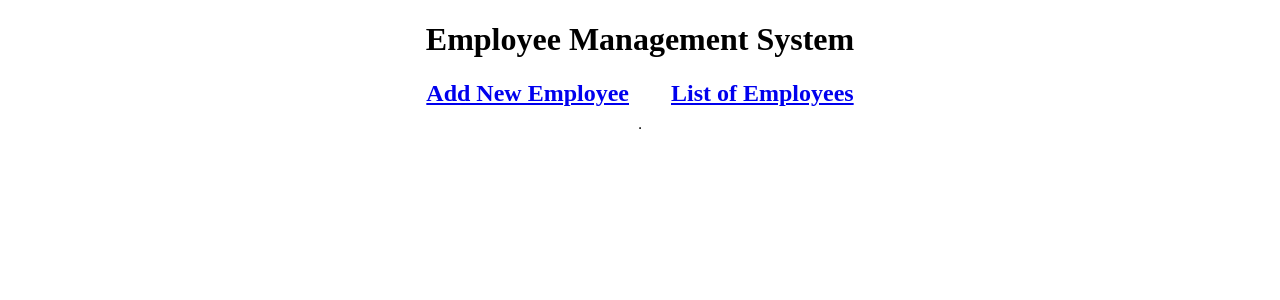
Repository: Swapna-JavaTech/Hibernate-Codes-
Page: http://localhost/EmployeeManagementSystem/employee-list.jsp
These files come from the project's save history. The page is drawn as it stood at one moment and after the next save; the edit follows.
The browser window is 1280 px wide. The pictures show the whole page.
The page is served by Tomcat 9. Other server files are loaded and not shown.

Above is the page before, as saved 2022-01-31 05:50:11.

### EmployeeManagementSystem/src/main/webapp/employee-list.jsp
<%@page import="com.mouritech.employeemanagement.entity.Employee"%>
<%@ page language="java" contentType="text/html; charset=ISO-8859-1"
    pageEncoding="ISO-8859-1" import="java.util.*"%>
<%@ taglib uri = "http://java.sun.com/jsp/jstl/core" prefix="c" %>
<!DOCTYPE html>
<html>
<head>
<meta charset="ISO-8859-1">
<title>Employee Management System</title>
</head>
<body>
<center>
	<h1>Employee Management System</h1>
	<h2>
		<a href="new">Add New Employee</a>
		&nbsp;&nbsp;&nbsp;&nbsp;&nbsp;
		<a href="list">List of Employees</a>
	</h2>
</center>
<div align="center">

	<table border="1" cellpadding = "5">

	</table>
</div>
</body>
</html>

After the next save:
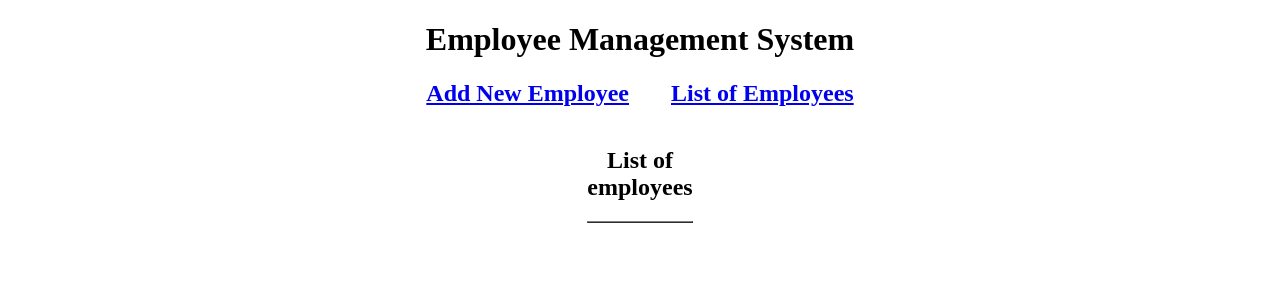
Saved 26 s later.
--- a/EmployeeManagementSystem/src/main/webapp/employee-list.jsp
+++ b/EmployeeManagementSystem/src/main/webapp/employee-list.jsp
@@ -20,7 +20,7 @@
 <div align="center">
 
 	<table border="1" cellpadding = "5">
-
+		<caption><h2>List of employees</h2></caption>
 	</table>
 </div>
 </body>
